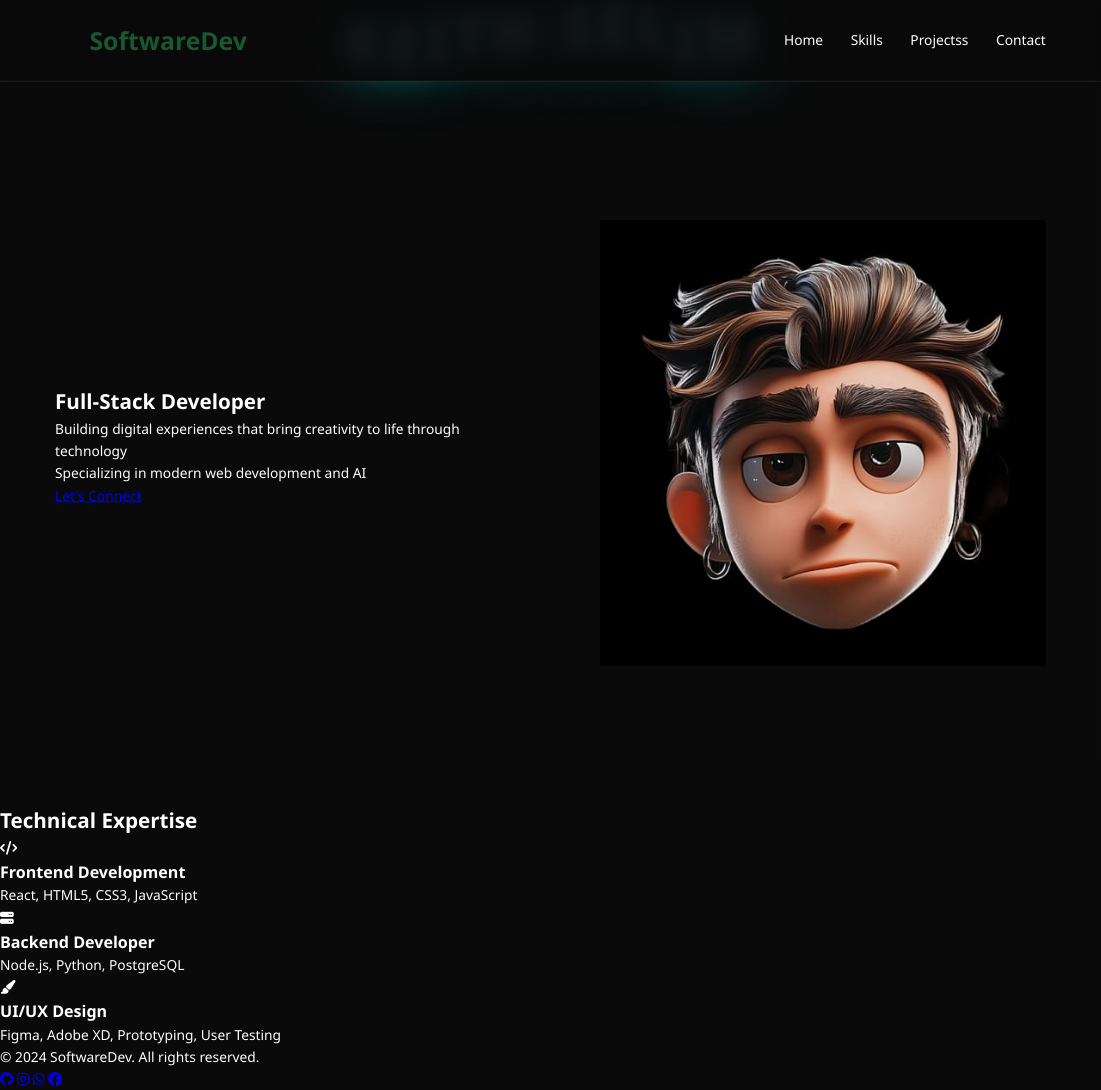
Repository: PEEZYBEE/my-personal-website
Page: index.html
An editor plug-in stored every save of this project. The page is shown before and after a run of saves, followed by the edit.
The browser window is 1280 px wide. The pictures show the whole page, at 86% of full size.

Above is the page before, as saved 2025-03-01 21:01:30.

### index.html
<!DOCTYPE html>
<html lang="en">
<head>
    <meta charset="UTF-8">
    <meta name="viewport" content="width=device-width, initial-scale=1.0">
    <link rel="stylesheet" href="./style.css" />
    <title>
        My Personal Website
    </title>
    <link rel="stylesheet" href="https://cdnjs.cloudflare.com/ajax/libs/font-awesome/6.7.2/css/all.min.css" integrity="sha512-Evv84Mr4kqVGRNSgIGL/F/aIDqQb7xQ2vcrdIwxfjThSH8CSR7PBEakCr51Ck+w+/U6swU2Im1vVX0SVk9ABhg==" crossorigin="anonymous" referrerpolicy="no-referrer" />
</head>
<body>

 <div class="bouncing-letters" style="text-align:center;font-size: 30px;">
 <span>K</span>
<span>E</span>
<span>I</span>
<span>T</span>
<span>H</span>
<span>&nbsp;</span>
<span>S</span>
<span>E</span>
<span>L</span>
<span>I</span>
<span>M</span>
 </div>

 <nav class="navbar">
    <a href="#home" class="logo">SoftwareDev</a>
    <ul class="nav-links">
      <li><a href="#home">Home</a></li>
      <li><a href="#skills">Skills</a></li>
      <li><a href="#projects">Projectss</a></li>
      <li><a href="#contact">Contact</a></li>
    </ul>
 </nav>

 <section id="home" class="hero">
    <div class="hero-content">
     <h1>Full-Stack Developer</h1>
     <p>Building digital experiences that bring creativity to life through technology</p>
     <p class="highlight">Specializing in modern web development and AI</p>
     <a href="#contact" class="cta-button">Let's Connect</a>
    </div>

    <div class="hero-image">
        <img src="profile.jpg" alt="Profile" class="profile-img">
    </div>
</section>

<section id="skills" class="skills">
    <h2>Technical Expertise</h2>
    <div class="skills-grid">
        <div class="skill-card">
            <i class="fa-solid fa-code"></i>
            <h3>Frontend Development</h3>
            <p>React, HTML5, CSS3, JavaScript</p>
        </div>
        <div class="skill-card">
            <i class="fa-solid fa-server"></i>
            <h3>Backend Developer</h3>
            <p>Node.js, Python, PostgreSQL</p>
        </div>
        <div class="skill-card">
            <i class="fa-solid fa-paintbrush"></i>
            <h3>UI/UX Design</h3>
            <p>Figma, Adobe XD, Prototyping, User Testing</p>
        </div>
    </div>
</section>

<footer>
   <p>&copy; 2024  SoftwareDev. All rights reserved.</p>
   <div class="social-links">
    <a href="#"><i class="fa-brands fa-github"></i></a>
    <a href="#"><i class="fa-brands fa-instagram"></i></a>
    <a href="#"><i class="fa-brands fa-whatsapp"></i></a>
    <a href="#"><i class="fa-brands fa-facebook"></i></a>
   </div>
</footer>


<script src="script.js"></script>
</body>
</html>

### style.css
.bouncing-letters span {
display: inline-block;
color: white;
text-shadow: 0px 0px 0px cyan,
             0px 0px 20px cyan,
             0px 0px 40px cyan,
             0px 0px 80px cyan;
font-size: 64px;
font-weight: bold;
animation: bounce 0.8s ease infinite alternate;

}

@keyframes bounce {
    0% { transform: translateY(0) }
    100% { transform: translateY(-20px) }

}

.bouncing-letters span:nth-child(1)
{ animation-delay:  0.1s; }


.bouncing-letters span:nth-child(2)
{ animation-delay:  0.2s; }


.bouncing-letters span:nth-child(3)
{ animation-delay:  0.3s; }


.bouncing-letters span:nth-child(4)
{ animation-delay:  0.4s; }


.bouncing-letters span:nth-child(5)
{ animation-delay: 0.5s; }


.bouncing-letters span:nth-child(6)
{ animation-delay:  0.6s; }

.bouncing-letters span:nth-child(7)
{ animation-delay:  0.7s; }

.bouncing-letters span:nth-child(8)
{ animation-delay:  0.8s; }

.bouncing-letters span:nth-child(9)
{ animation-delay:  0.9s; }

.bouncing-letters span:nth-child(10)
{ animation-delay:  0.10s; }

body{
    background-color: var(--dark-bg);
    color: var(--text);
    line-height: 1.6;
    overflow-x: hidden;
}

*{
  margin: 0;
  padding: 0;
  box-sizing: border-box;
  font-family: 'Segoe UI', sans-serif;
}
:root{
  --dark-bg: #0a0a0a;
  --darker-bg: #050505;
  --accent-glow: rgba(46, 204, 113, 0.4);
  --text: #ffffff;
}

.navbar{
  position: fixed;
  top: 0;
  width: 100%;
  padding: 1.5rem 5%;
  display: flex;
  justify-content: space-between;
  align-items: center;
  background:  rgba(10, 10, 10, 0.95);
  backdrop-filter: blur(10px);
  z-index: 1000;
  border-bottom: 1px solid rgba(255, 255, 255, 0.1);
}

.logo{
  font-size: 1.8rem;
  font-weight: 700;
  color: var(--accent-glow);
  text-decoration: none;
  position: relative;
  padding-left: 2.5rem;
}

.nav-links{
  display: flex;
  gap: 2rem;
  list-style: none;
}

.nav-links a {
  color: var(--text);
  text-decoration: none;
  font-weight: 500;
  transition: all 0.3s ease;
  position: relative;
}

.nav-links a::after {
  content: '';
  position: absolute;
  bottom:  -5px;
  left: 0;
  width: 0;
  height: 2px;
  background: var(--accent-glow);
  transition: width 0.3s ease;
}

.nav-links a:hover::after {
   width: 100%;
}

.hero {
  min-height: 100vh;
  display: flex;
  align-items: center;
  padding: 12% 5%;
  background: radial-gradient(circle at 75% 30%,var(--accent-glow) 0%,transoarent 30%);
}

.hero-content {
    flex: 1;
    padding-right: 5rem;
}

.hero-image {

}

Loaded but not shown: script.js (no copy from this time; the picture is the same without it)

After the next 9 saves:
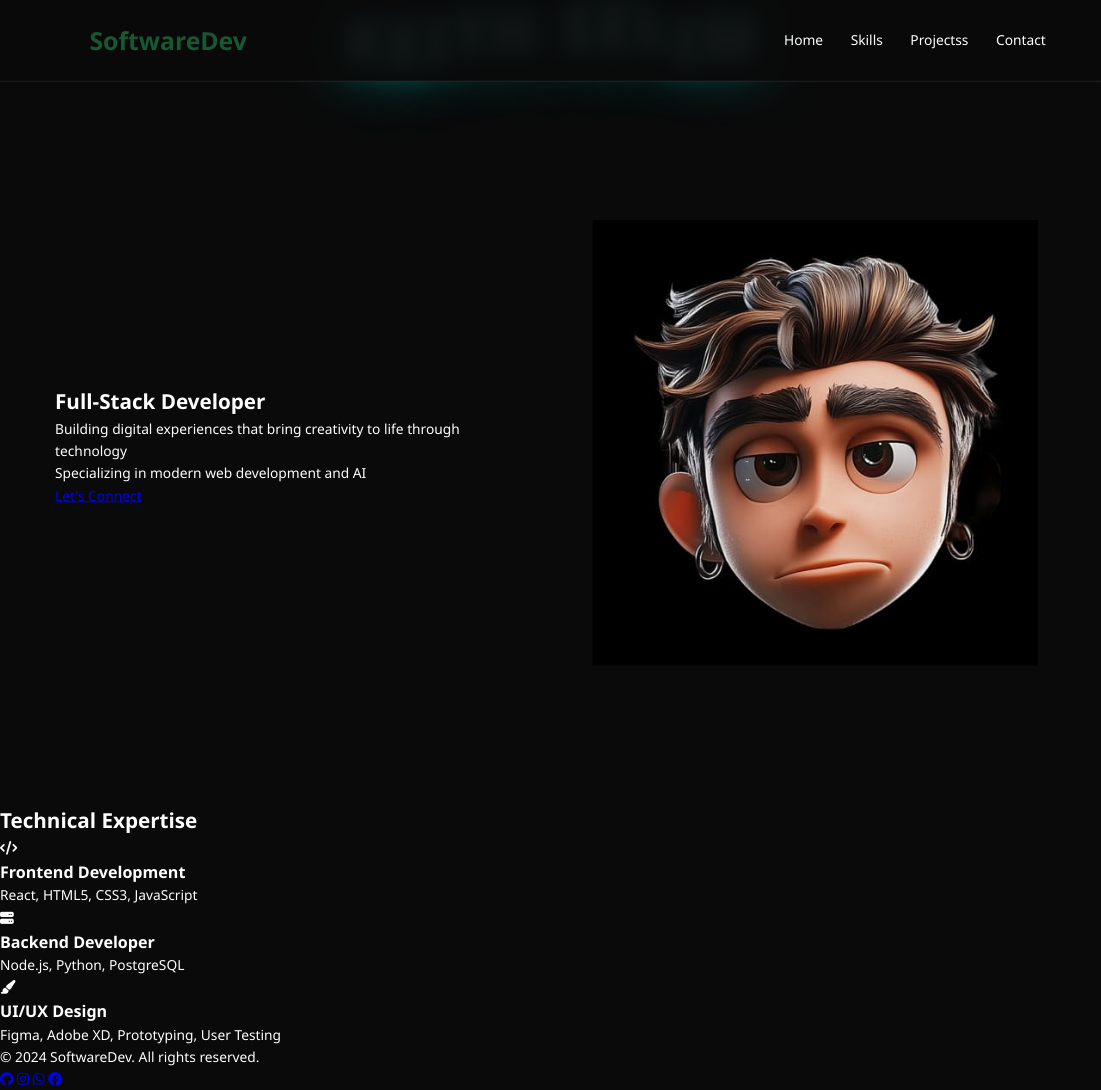
The 9 saves are shown as one change because they came seconds apart.
The last was saved 29 s later.
--- a/style.css
+++ b/style.css
@@ -138,5 +138,7 @@ body{
 }
 
 .hero-image {
-
+    flex: 1;
+    text-align: center;
+    position: relative;
 }
